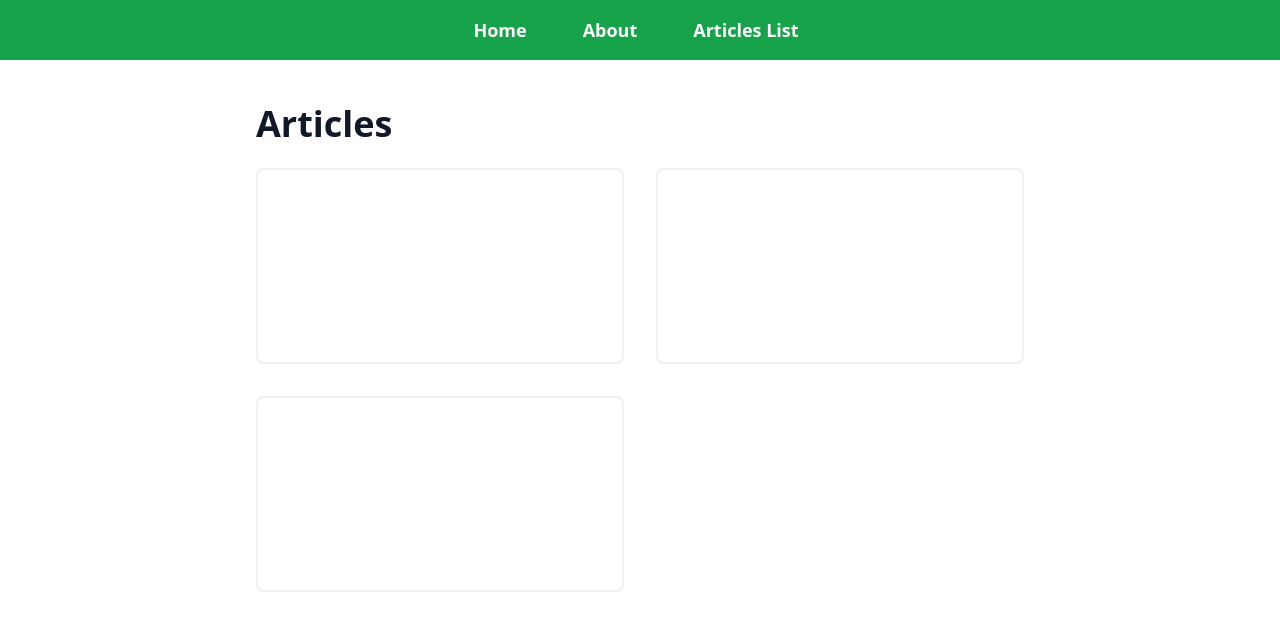
Repository: ymw0331/blog-mern-webapp
Page: /articles-list (app in client/)
The author's editor kept a copy of each file at every save. The page is drawn from the files as they stood at one save, then again after the next save.
The browser window is 1280 px wide. The pictures show the whole page.
The project was rebuilt for these pictures with package versions that can differ from the ones it lists, and the page was loaded fresh each time. Also part of the build but not shown: client/src/pages/Home.js, client/src/pages/About.js, client/src/pages/Article.js.

Above is the page before, as saved 2022-12-10 21:20:37.

### client/src/App.js
import { BrowserRouter as Router, Route, Routes } from 'react-router-dom';
// Pages
import Home from './pages/Home';
import About from './pages/About';
import Article from './pages/Article';
import ArticlesList from './pages/ArticlesList';
import Navbar from './components/Navbar';

function App() {
  return (
    <Router>
      <Navbar />
      <div className='max-w-screen-md mx-auto pt-20'>
        <Routes>
          <Route path='/' element={<Home />} />
          <Route path='/about' element={<About />} />
          <Route path='/articles-list' element={<ArticlesList />} />
          <Route path='/article/:name' element={<Article />} />
        </Routes>
      </div>
    </Router>
  );
}

export default App;

### client/src/pages/ArticlesList.js
import React from 'react';
import articleContent from './article-content';
import { Link } from 'react-router-dom';

const ArticlesList = () => {
  return (
    <div>
      <h1 className='sm:text-4xl text-2xl font-bold my-6 text-gray-900'>
        Articles
      </h1>
      <div classname='container py-4 mx-auto'>
        <div className='flex flex-wrap -m-4'>
          {articleContent.map((article, index) => (
            <div key={index} className='p-4 md:w-1/2'>
              <div className='h-full border-2 border-gray-200 border-opacity-60 rounded-lg overflow-hidden'>
                <Link to={`/article/${article.name}`}>
                  <img className='lg:h-48 md:h-'/>
                </Link>
              </div>
            </div>
          ))}
        </div>
      </div>
    </div>
  );
};

export default ArticlesList;

### client/src/components/Navbar.js
import React from 'react';
import { Link } from 'react-router-dom';

const Navbar = () => {
  return (
    <nav className='border-b4 border-green-700 text-center fixed top-0 bg-green-600 font-bold w-full text-lg text-white'>
      <ul>
        <li className='inline-block py-4'>
          <Link to='/' className='pl-6 pr-8'>
            Home
          </Link>
        </li>
        <li className='inline-block py-4'>
          <Link to='/about' className='pl-6 pr-8'>
            About
          </Link>
        </li>
        <li className='inline-block py-4'>
          <Link to='/articles-list' className='pl-6 pr-8'>
            Articles List
          </Link>
        </li>
      </ul>
    </nav>
  );
};

export default Navbar;

### client/src/pages/article-content.js
const articles = [
  {
    name: 'learn-react',
    title: 'The Fastest Way to Learn React',
    thumbnail: '/images/blog1.jpeg',
    content: [
      `Welcome! Today we're going to be talking about the fastest way to learn React. Lorem proin congue ligula id risus posuere, vel eleifend ex egestas. Sed in turpis leo. Aliquam malesuada in massa tincidunt egestas. Nam consectetur varius turpis, non porta arcu porttitor non. In tincidunt vulputate nulla quis egestas. Ut eleifend ut ipsum non fringilla. Praesent imperdiet nulla nec est luctus, at sodales purus euismod.`,
      `Donec vel mauris lectus. Etiam nec lectus urna. Sed sodales ultrices dapibus. Nam blandit tristique risus, eget accumsan nisl interdum eu. Aenean ac accumsan nisi. Nunc vel pulvinar diam. Nam eleifend egestas viverra. Donec finibus lectus sed lorem ultricies, eget ornare leo luctus. Morbi vehicula, nulla eu tempor interdum, nibh elit congue tellus, ac vulputate urna lorem nec nisi. Morbi id consequat quam. Vivamus accumsan dui in facilisis aliquet.`,
      `Etiam nec lectus urna. Sed sodales ultrices dapibus. Nam blandit tristique risus, eget accumsan nisl interdum eu. Aenean ac accumsan nisi. Nunc vel pulvinar diam. Nam eleifend egestas viverra. Donec finibus lectus sed lorem ultricies, eget ornare leo luctus. Morbi vehicula, nulla eu tempor interdum, nibh elit congue tellus, ac vulputate urna lorem nec nisi. Morbi id consequat quam. Vivamus accumsan dui in facilisis aliquet.`,
    ],
  },
  {
    name: 'learn-node',
    title: 'How to Build a Node Server in 10 Minutes',
    thumbnail: '/images/blog2.jpeg',
    content: [
      `In this article, we're going to be talking looking at a very quick way to set up a Node.js server. We'll be discussing some topics such as proin congue ligula id risus posuere, vel eleifend ex egestas. Sed in turpis leo. Aliquam malesuada in massa tincidunt egestas. Nam consectetur varius turpis, non porta arcu porttitor non. In tincidunt vulputate nulla quis egestas. Ut eleifend ut ipsum non fringilla. Praesent imperdiet nulla nec est luctus, at sodales purus euismod.`,
      `Donec vel mauris lectus. Etiam nec lectus urna. Sed sodales ultrices dapibus. Nam blandit tristique risus, eget accumsan nisl interdum eu. Aenean ac accumsan nisi. Nunc vel pulvinar diam. Nam eleifend egestas viverra. Donec finibus lectus sed lorem ultricies, eget ornare leo luctus. Morbi vehicula, nulla eu tempor interdum, nibh elit congue tellus, ac vulputate urna lorem nec nisi. Morbi id consequat quam. Vivamus accumsan dui in facilisis aliquet.`,
      `Etiam nec lectus urna. Sed sodales ultrices dapibus. Nam blandit tristique risus, eget accumsan nisl interdum eu. Aenean ac accumsan nisi. Nunc vel pulvinar diam. Nam eleifend egestas viverra. Donec finibus lectus sed lorem ultricies, eget ornare leo luctus. Morbi vehicula, nulla eu tempor interdum, nibh elit congue tellus, ac vulputate urna lorem nec nisi. Morbi id consequat quam. Vivamus accumsan dui in facilisis aliquet.`,
    ],
  },
  {
    name: 'my-thoughts-on-learning-react',
    title: 'My Thoughts on Learning ReactJS',
    thumbnail: '/images/blog3.jpeg',
    content: [
      `Today is the day I talk about something which scares most people: Learning ReactJS. In reality, I'm not sure why people have such a hard time with Learning ReactJS ligula id risus posuere, vel eleifend ex egestas. Sed in turpis leo. Aliquam malesuada in massa tincidunt egestas. Nam consectetur varius turpis, non porta arcu porttitor non. In tincidunt vulputate nulla quis egestas. Ut eleifend ut ipsum non fringilla. Praesent imperdiet nulla nec est luctus, at sodales purus euismod.`,
      `Donec vel mauris lectus. Etiam nec lectus urna. Sed sodales ultrices dapibus. Nam blandit tristique risus, eget accumsan nisl interdum eu. Aenean ac accumsan nisi. Nunc vel pulvinar diam. Nam eleifend egestas viverra. Donec finibus lectus sed lorem ultricies, eget ornare leo luctus. Morbi vehicula, nulla eu tempor interdum, nibh elit congue tellus, ac vulputate urna lorem nec nisi. Morbi id consequat quam. Vivamus accumsan dui in facilisis aliquet.`,
      `Etiam nec lectus urna. Sed sodales ultrices dapibus. Nam blandit tristique risus, eget accumsan nisl interdum eu. Aenean ac accumsan nisi. Nunc vel pulvinar diam. Nam eleifend egestas viverra. Donec finibus lectus sed lorem ultricies, eget ornare leo luctus. Morbi vehicula, nulla eu tempor interdum, nibh elit congue tellus, ac vulputate urna lorem nec nisi. Morbi id consequat quam. Vivamus accumsan dui in facilisis aliquet.`,
    ],
  },
];
export default articles;

Loaded but not shown: client/public/index.html (common file); client/src/index.js (common file); client/src/index.css (common file); client/src/reportWebVitals.js (common file); client/tailwind.config.js (common file)

After the next save:
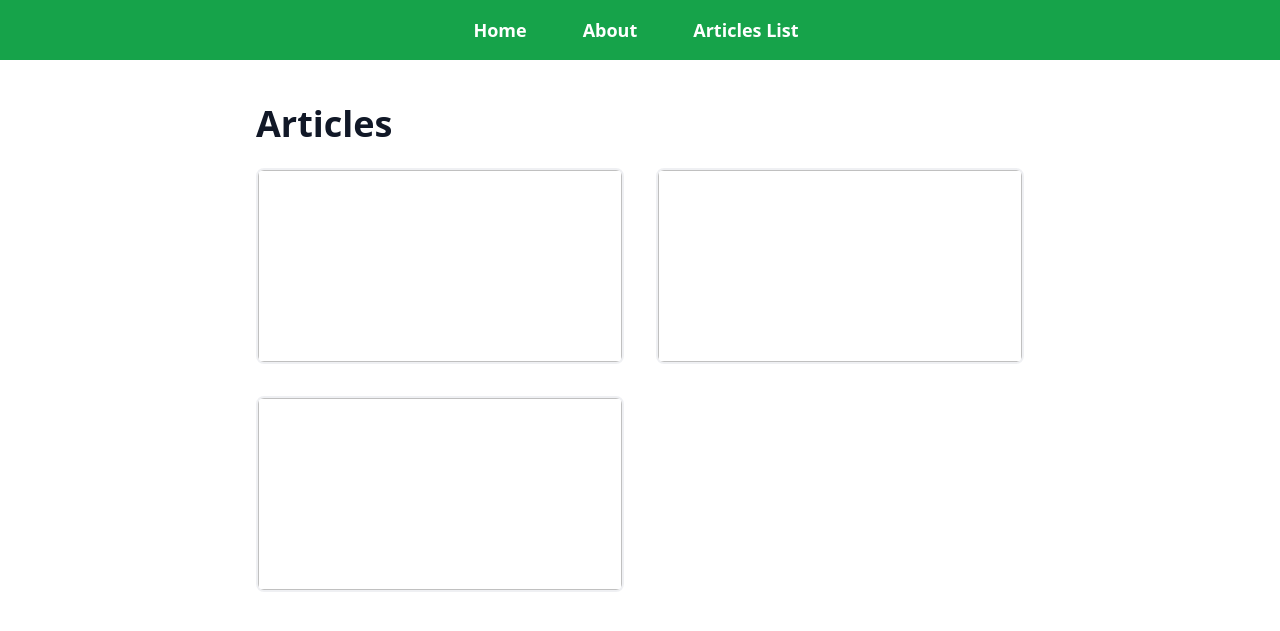
Saved 10 s later.
--- a/client/src/pages/ArticlesList.js
+++ b/client/src/pages/ArticlesList.js
@@ -14,7 +14,7 @@ const ArticlesList = () => {
             <div key={index} className='p-4 md:w-1/2'>
               <div className='h-full border-2 border-gray-200 border-opacity-60 rounded-lg overflow-hidden'>
                 <Link to={`/article/${article.name}`}>
-                  <img className='lg:h-48 md:h-'/>
+                  <img className='lg:h-48 md:h-36 w-full object-cover object-'/>
                 </Link>
               </div>
             </div>
